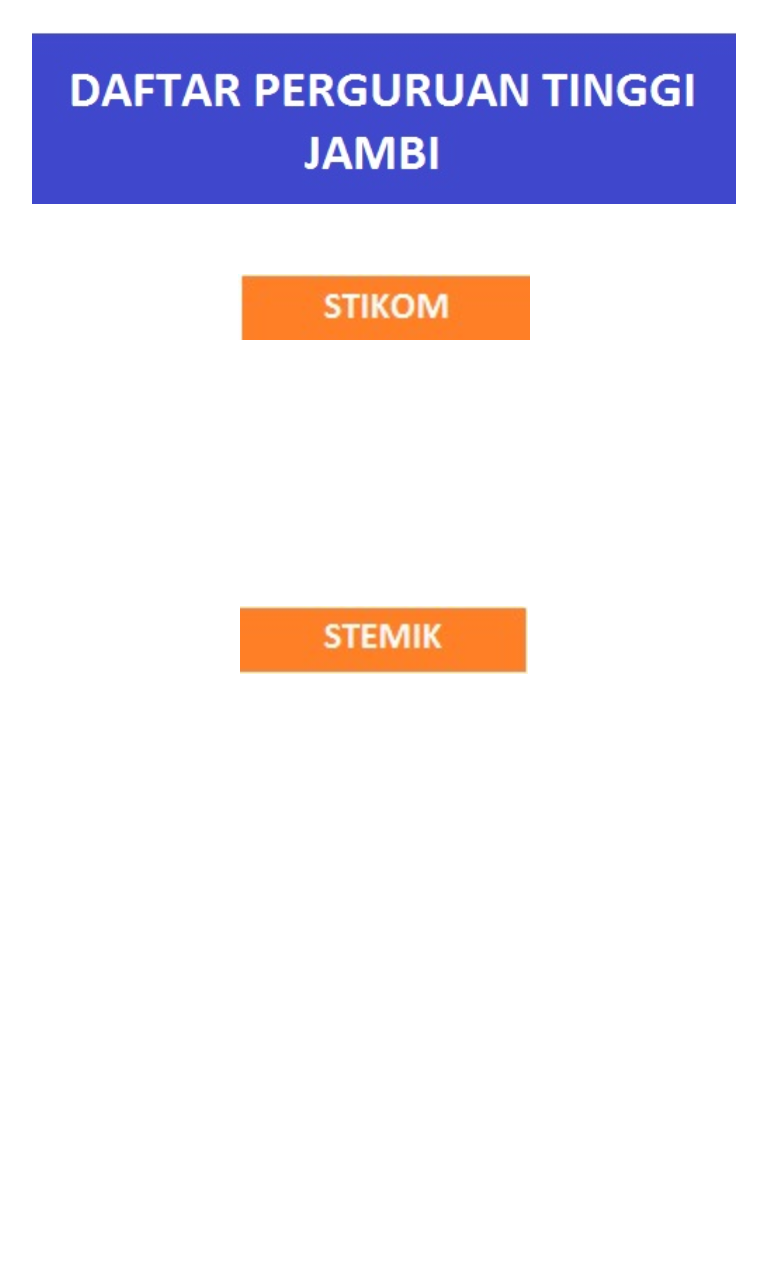
Repository: akungilang/Tugas_Akhir
Layout: Mobile/PerguruanTinggiSwastaJambi/res/layout/activity_menu.xml
The author's editor kept a copy of each file at every save. The layout is drawn from the files as they stood at one save, then again after the next save.
It is drawn on a 768 x 1280 px phone screen (xhdpi) without system bars, with theme AppTheme; the app's code is not run.

Above is the layout before, as saved 2015-01-31 09:08:57.

After the next save:
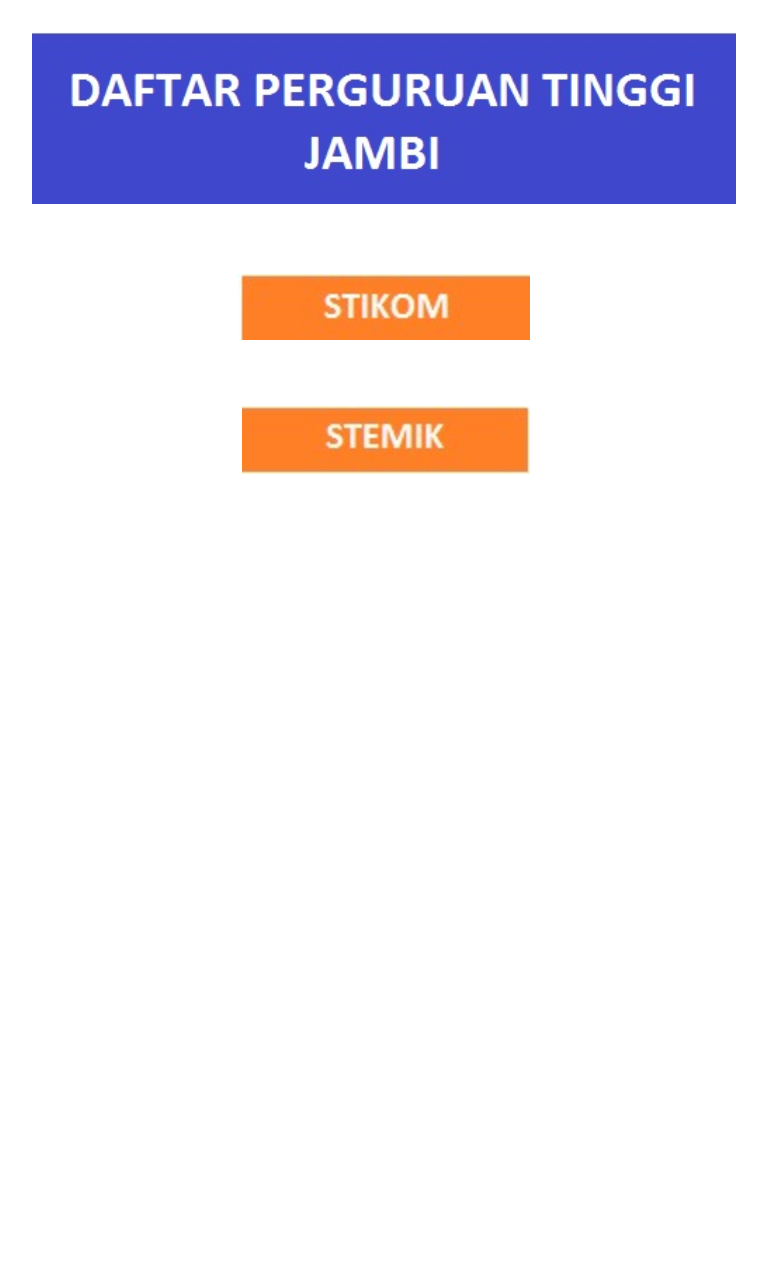
Saved 3 min 59 s later.
--- a/Mobile/PerguruanTinggiSwastaJambi/res/layout/activity_menu.xml
+++ b/Mobile/PerguruanTinggiSwastaJambi/res/layout/activity_menu.xml
@@ -17,17 +17,6 @@
         android:src="@drawable/daftar" />
 
     <ImageView
-        android:id="@+id/imageView3"
-        android:layout_width="wrap_content"
-        android:layout_height="wrap_content"
-        android:layout_centerHorizontal="true"
-        android:layout_centerVertical="true"
-        android:adjustViewBounds="true"
-        android:onClick="openstemik"
-        android:scaleType="fitXY"
-        android:src="@drawable/stemik3" />
-
-    <ImageView
         android:id="@+id/imageView2"
         android:layout_width="wrap_content"
         android:layout_height="wrap_content"
@@ -39,4 +28,16 @@
         android:scaleType="fitXY"
         android:src="@drawable/stikom3" />
 
+    <ImageView
+        android:id="@+id/imageView3"
+        android:layout_width="wrap_content"
+        android:layout_height="wrap_content"
+        android:layout_alignRight="@+id/imageView2"
+        android:layout_below="@+id/imageView2"
+        android:layout_marginTop="33dp"
+        android:adjustViewBounds="true"
+        android:onClick="openstemik"
+        android:scaleType="fitXY"
+        android:src="@drawable/stemik3" />
+
 </RelativeLayout>
